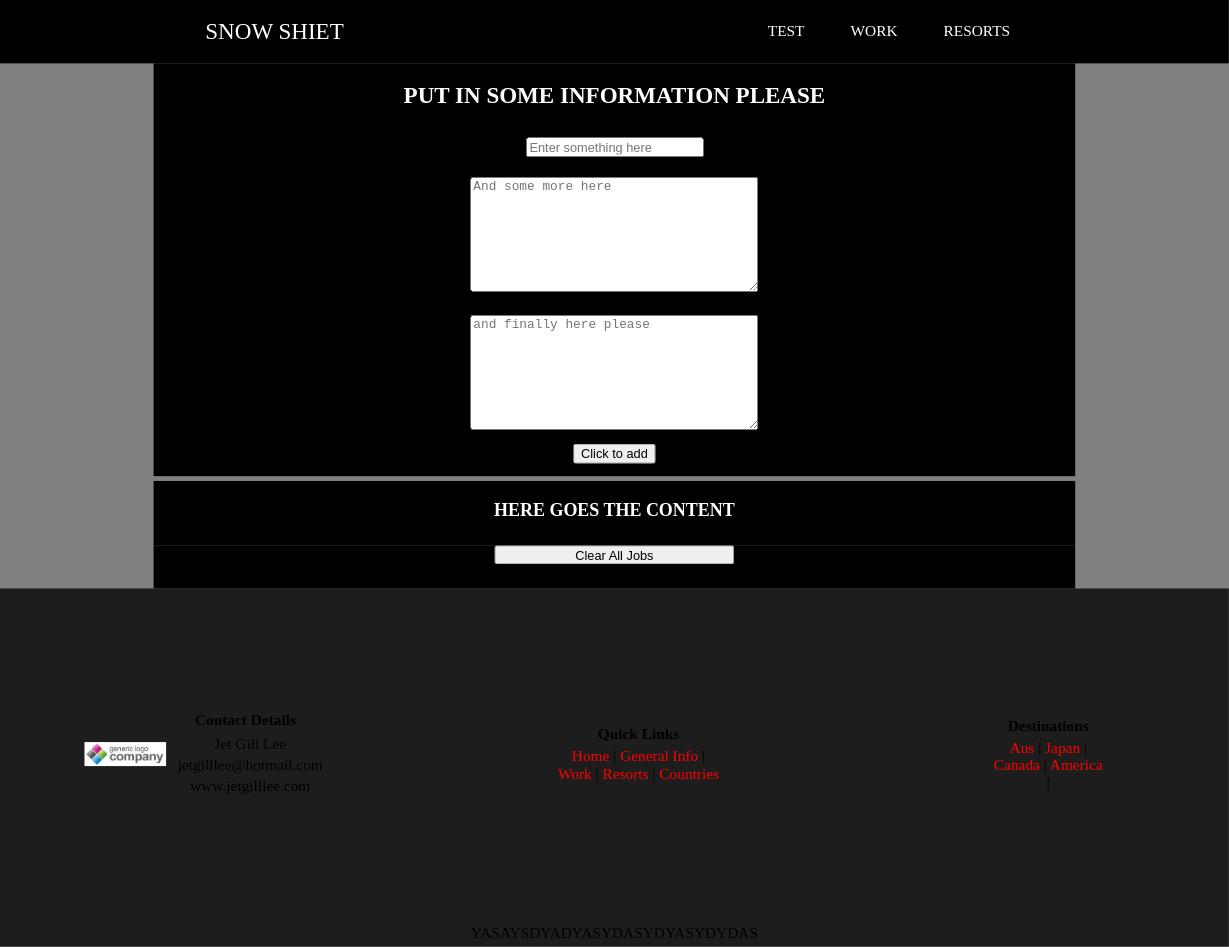
Repository: Jet-Gill-Lee/SnowSite
Page: submit-stuff.html
The author's editor kept a copy of each file at every save. The page is drawn from the files as they stood at one save, then again after the next save.
The browser window is 1280 px wide. The pictures show the whole page, at 96% of full size.

Above is the page before, as saved 2021-07-24 23:42:53.
Console error: TypeError: Cannot read properties of null (reading 'addEventListener')

After the next save:
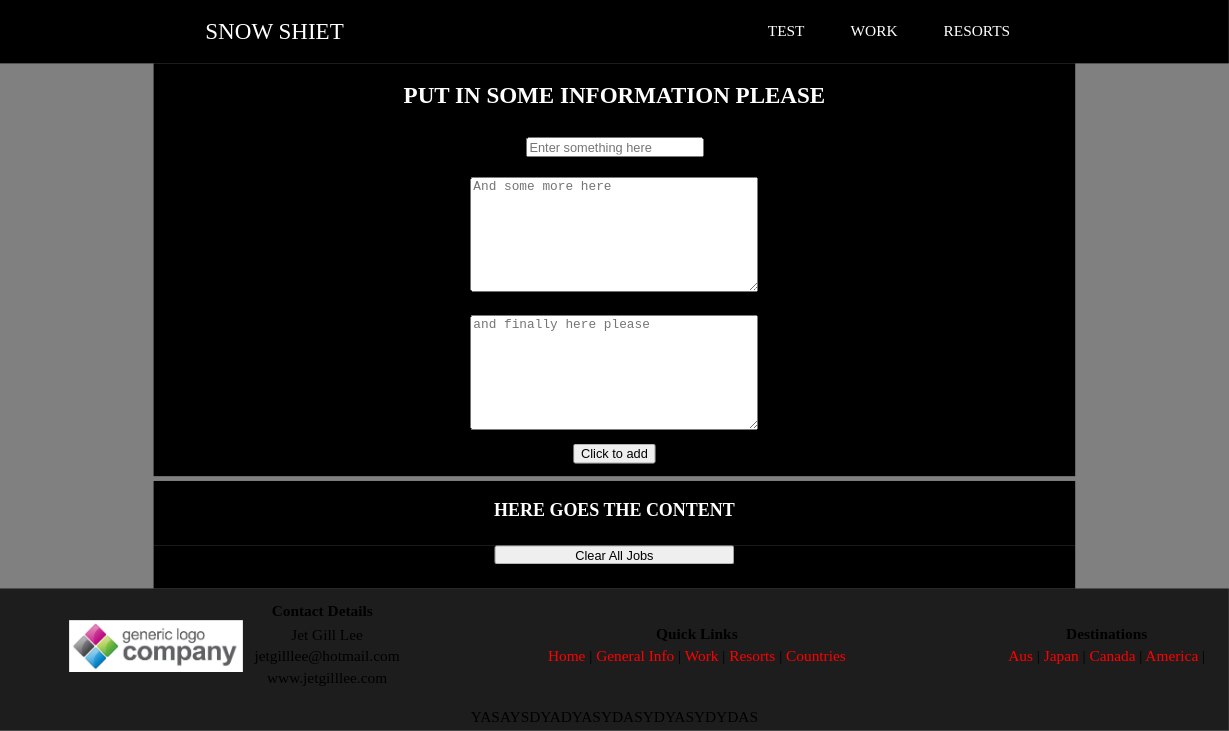
Saved 12 s later.
--- a/css/stylesheet.css
+++ b/css/stylesheet.css
@@ -94,7 +94,7 @@ body {
   justify-content: center;
   min-height: 120px;
   text-align: center;
-  padding: 10%;
+  padding-left: 5%;;
 }
 .footer-flex-item.flex-links {
  flex: 0.7
